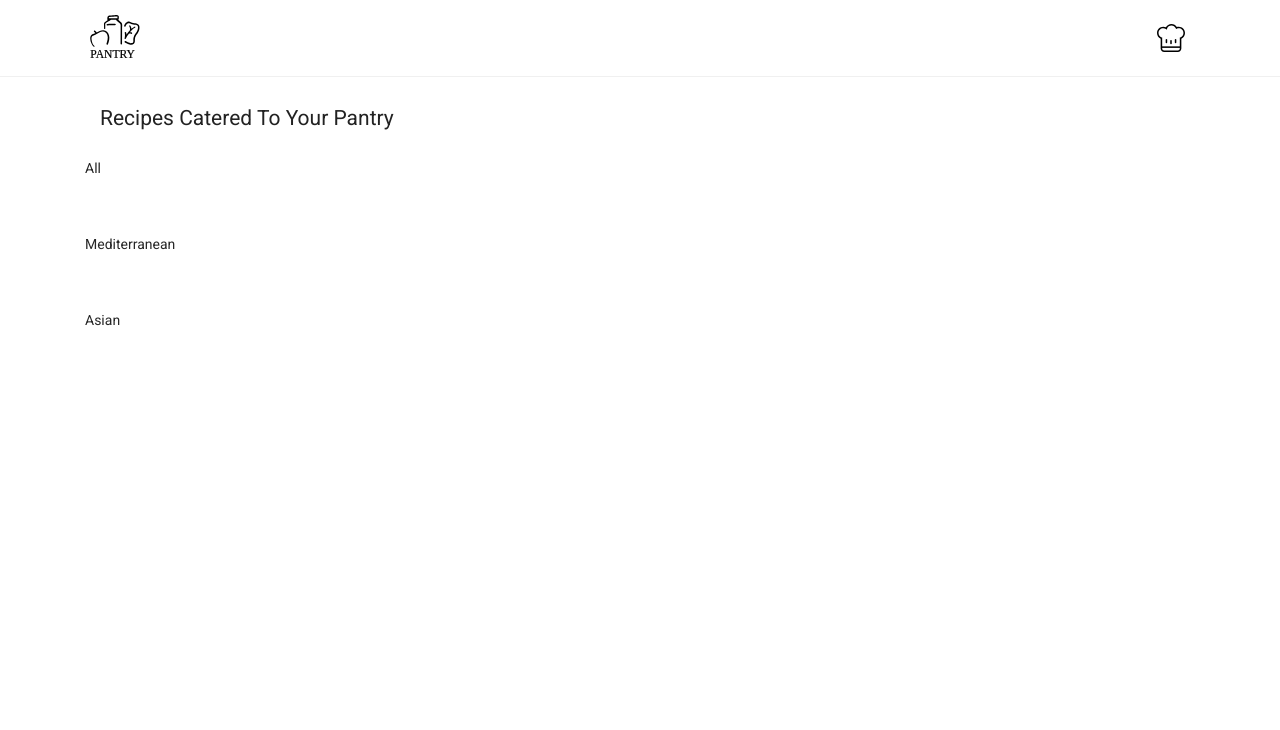
Repository: akinsikuoluwafemi/Pantry-App
Page: /pantryitems/myrecipes
An editor plug-in stored every save of this project. The page is shown before and after the next save, followed by the edit.
The browser window is 1280 px wide. The pictures show the whole page.
The project was rebuilt for these pictures with package versions that can differ from the ones it lists, and the page was loaded fresh each time. Also part of the build but not shown: src/styles/NewPantryStyles.js, src/styles/ant-styles.css, src/pages/NewPantryItem.js, src/styles/PantryDetailStyles.js, src/styles/PantryItemStyles.js, src/components/EditPantryDetail.js, src/pages/PantryItemDetail.js, src/styles/PantryListStyles.js and 7 more.

Above is the page before, as saved 2021-06-03 06:39:19.

### public/index.html
<!DOCTYPE html>
<html lang="en">
  <head>
    <meta charset="utf-8" />
    <link rel="icon" href="%PUBLIC_URL%/favicon.svg" />
    <meta name="viewport" content="width=device-width, initial-scale=1" />
    <meta name="theme-color" content="#000000" />
    <meta
      name="description"
      content="Web site created using create-react-app"
    />
    <link rel="apple-touch-icon" href="%PUBLIC_URL%/logo192.png" />
        <link rel="stylesheet" href="https://stackpath.bootstrapcdn.com/bootstrap/4.4.1/css/bootstrap.min.css" integrity="sha384-Vkoo8x4CGsO3+Hhxv8T/Q5PaXtkKtu6ug5TOeNV6gBiFeWPGFN9MuhOf23Q9Ifjh"
      crossorigin="anonymous">

    <!--
      manifest.json provides metadata used when your web app is installed on a
      user's mobile device or desktop. See https://developers.google.com/web/fundamentals/web-app-manifest/
    -->
    <link rel="manifest" href="%PUBLIC_URL%/manifest.json" />
    <!--
      Notice the use of %PUBLIC_URL% in the tags above.
      It will be replaced with the URL of the `public` folder during the build.
      Only files inside the `public` folder can be referenced from the HTML.

      Unlike "/favicon.ico" or "favicon.ico", "%PUBLIC_URL%/favicon.ico" will
      work correctly both with client-side routing and a non-root public URL.
      Learn how to configure a non-root public URL by running `npm run build`.
    -->


    <title>My Pantry</title>
  </head>
  <body>
    <noscript>You need to enable JavaScript to run this app.</noscript>
    <div id="root"></div>
    <!--
      This HTML file is a template.
      If you open it directly in the browser, you will see an empty page.

      You can add webfonts, meta tags, or analytics to this file.
      The build step will place the bundled scripts into the <body> tag.

      To begin the development, run `npm start` or `yarn start`.
      To create a production bundle, use `npm run build` or `yarn build`.
    -->
  </body>
</html>

### src/index.js
import React from 'react';
import ReactDOM from 'react-dom';
import './index.css';
import App from './App';
import reportWebVitals from './reportWebVitals';
import store from './redux/store';
import { persistor } from './redux/store';
import { Provider} from 'react-redux';
import { BrowserRouter as Router } from 'react-router-dom';
import { PersistGate } from 'redux-persist/integration/react';




ReactDOM.render(
	<React.StrictMode>
		<Provider store={store}>
			<Router>
				<PersistGate persistor={persistor}>
					<App />
				</PersistGate>
			</Router>
		</Provider>
	</React.StrictMode>,
	document.getElementById('root')
);

// If you want to start measuring performance in your app, pass a function
// to log results (for example: reportWebVitals(console.log))
// or send to an analytics endpoint. Learn more: https://bit.ly/CRA-vitals
reportWebVitals();

### src/index.css
@import url('https://fonts.googleapis.com/css2?family=Roboto:wght@300;400;900&display=swap');
@import '~antd/dist/antd.css';
@import "~slick-carousel/slick/slick.css";
@import "~slick-carousel/slick/slick-theme.css";



html {
    box-sizing: border-box;
    font-size: 62.5%!important;
}
ul,ol,li {
  margin: 0;
}


body {
  margin: 0;
  font-family: 'Roboto', sans-serif!important;

  -webkit-font-smoothing: antialiased;
  -moz-osx-font-smoothing: grayscale;
}

code {
  font-family: source-code-pro, Menlo, Monaco, Consolas, 'Courier New',
    monospace;
}

### src/App.js
import './index.css';
import { Route, Switch, useLocation } from 'react-router-dom';
import NewPantryItem from './pages/NewPantryItem';
import PantryItemDetail from './pages/PantryItemDetail';
import Layout from './components/Layout';
import { AnimatePresence } from 'framer-motion';
import Home from './pages/Home';
import MyRecipe from './pages/MyRecipe';




function App() {

  const location = useLocation()


  return (
		<AnimatePresence exitBeforeEnter initial={false}>
			<Switch location={location} key={location.pathname}>
				<Layout>
					<Route exact path="/:slug" component={PantryItemDetail} />
					<Route exact path="/" component={Home} />
					<Route path="/pantryitems/new" component={NewPantryItem} />
					<Route path="/pantryitems/myrecipes" component={MyRecipe} />
				</Layout>
			</Switch>
		</AnimatePresence>
  );

}

export default App;

### src/redux/store.js
import { createStore, applyMiddleware } from 'redux';
import logger from 'redux-logger';
import rootReducer from './reducers';
import { persistStore } from 'redux-persist';
import thunk from 'redux-thunk';


const middlewares = [thunk];

if(process.env.NODE_ENV === 'development'){
    middlewares.push(logger);
}




 const store = createStore(rootReducer,applyMiddleware(...middlewares));

export const persistor = persistStore(store)

export default store;

// export default function configureStore(initialState){
//     const composeEnhancers = window.__REDUX_DEVTOOLS_EXTENSION_COMPOSE__ || compose;

//     return createStore(
//     rootReducer,
//         initialState,
//         composeEnhancers()
//     )
// }


// export const persistor = persistStore(configureStore());

### src/components/Layout.js
import React from 'react';
import Navigation from './Navigation';
import { FooterText,FooterWrapper } from '../styles/FooterStyles';
import { AddIcon } from '../assets/Logos/svg/icons';
import Button from '@material-ui/core/Button';
import { MainLayout } from '../styles/LayoutStyles';
import { Link } from 'react-router-dom';
import { Divider } from 'antd';
import { useLocation } from 'react-router-dom';


export default function Layout({children,props}) {
	const {pathname} = useLocation();

	const showAddIcon = () => {
		if (pathname === '/' || pathname === '/:slug') {
			return (
				<Link to="/pantryitems/new">
					<Button style={{ outline: 'none' }}>
						<AddIcon />
					</Button>
				</Link>
			);
		} else {
			return null;
		}
	}

	return (
		<>
			<Navigation />
			<MainLayout className="container">
				{children}
				{showAddIcon()}
			</MainLayout>
			<FooterWrapper>
				<Divider/>
				<FooterText>&copy; Pantry App</FooterText>
			</FooterWrapper>
		</>
	);
}

### src/pages/MyRecipe.js
import React, {useEffect, useCallback} from 'react';
import { HeaderTitle } from '../styles/TextStyles';
import { connect } from 'react-redux';
import { fetchRecipes, fetchAsianRecipes, fetchMedRecipes } from '../redux/actions/recipeActions';
import AllRecipesList from '../components/AllRecipesList';
import AsianRecipeList from '../components/AsianRecipeList';
import MedRecipesList from '../components/MedRecipesList';


 function MyRecipe(props) {


	 const {
			fetchRecipes,
			fetchAsianRecipes,
			fetchMedRecipes,
			itemName,
			allRecipesArr,
			asianRecipesArr,
			medRecipesArr,
		} = props;


	useEffect(() => {

	},[fetchRecipes, itemName])






	 // fetchAsianRecipes(
	//  fetchRecipes(
	// 		`https://api.edamam.com/search?q=${itemName}&app_id=${process.env.REACT_APP_APP_ID}&app_key=${process.env.REACT_APP_APP_KEY}`
	// 	);
			// 	`https://api.edamam.com/search?q=${itemName}&app_id=${process.env.REACT_APP_APP_ID}&app_key=${process.env.REACT_APP_APP_KEY}&cuisineType=asian`
			// );
			// fetchMedRecipes(
			// 	`https://api.edamam.com/search?q=${itemName}&app_id=${process.env.REACT_APP_APP_ID}&app_key=${process.env.REACT_APP_APP_KEY}&cuisineType=mediterranean`
			// );



// 	 console.log(prevItemName, itemName)




	return (
		<div>
			<HeaderTitle large>Recipes Catered to Your Pantry</HeaderTitle>

			<div style={{ marginBottom: '4rem' }}>
				<p>All</p>
				<AllRecipesList allRecipesArr={allRecipesArr} />
			</div>

			<div style={{ marginBottom: '4rem' }}>
				<p>Mediterranean</p>
				<MedRecipesList medRecipesArr={medRecipesArr} />
			</div>

			<div style={{ marginBottom: '4rem' }}>
				<p>Asian</p>
				<AsianRecipeList asianRecipesArr={asianRecipesArr} />
			</div>
		</div>
	);
 }

 const mapStateToProps = ({ pantry: { itemName }, cateredRecipe: { allRecipesArr, asianRecipesArr, medRecipesArr } }) => {
		// console.log(allRecipesArr);

		return {
			itemName,
			allRecipesArr,
			medRecipesArr,
			asianRecipesArr,
		};
 };

export default connect(mapStateToProps, { fetchRecipes, fetchAsianRecipes, fetchMedRecipes })(MyRecipe);

### src/redux/reducers/index.js
import { combineReducers } from 'redux';
import pantry from './pantryReducer';
import cateredRecipe from './recipeReducer';
import { persistReducer } from 'redux-persist';
import storage from 'redux-persist/lib/storage';



const persistConfig = {
    key: 'root',
    storage,
    whitelist: ['pantry']
}

const rootReducer = combineReducers({
	pantry,
	cateredRecipe,
});

export default persistReducer(persistConfig, rootReducer)

### src/styles/TextStyles.js
import styled from 'styled-components';

export const HeaderTitle = styled.h3`
    color: #222;
    padding: 1.5rem;
    margin-top: 8rem;
    text-transform: capitalize;

    ${({ large }) => large &&
        `
            font-size: 2.1rem;
        `
    };



    ${({ medium }) => medium &&
        `
            font-size: 1.4rem;
        `
    };



`;

### src/redux/actions/pantryActions.js
import pantryTypes from '../types';



export const createPantryItem = (food) => {
    return {
        type: pantryTypes.CREATE_PANTRY_ITEM,
        payload: food
    }
}

export const removePantryItem = (food) => {
    return {
        type: pantryTypes.REMOVE_PANTRY_ITEM,
        payload: food
	};
}

export const editPantryItem = (food) => {
    return {
        type: pantryTypes.EDIT_PANTRY_ITEM,
        payload: food
	};
}


export const setQueryField = (text) => {
    return {
        type: pantryTypes.SET_QUERY,
        payload: text
    }
}

export const setItemName = (text) => {
    return {
        type: pantryTypes.SET_ITEM_NAME,
        payload: text
    }
}

export const filteredPantryChip = (category) => {
    return {
        type: pantryTypes.FILTER_PANTRY_CHIP,
        payload: category
    }
}

export const getSinglePantryDetail = (food) => {
    return {
        type: pantryTypes.GET_PANTRY_DETAIL,
        payload: food
    }
}

### src/redux/actions/recipeActions.js
import pantryTypes from '../types';
import Axios from 'axios';


export const fetchRecipesPending = () => {
    return {
        type: pantryTypes.FETCH_RECIPES_PENDING
    }
}

export  const fetchRecipesSuccess = (recipes) => {
    return {
		type: pantryTypes.FETCH_ALL_RECIPES_SUCCESS,
		payload: recipes,
	};
}

export const fetchAsianRecipesSuccess = (recipes) => {
    return {
        type: pantryTypes.FETCH_ASIAN_RECIPES_SUCCESS,
        payload: recipes
    }
}

export const fetchMedRecipesSuccess = (recipes) => {
    return {
		type: pantryTypes.FETCH_MED_RECIPES_SUCCESS,
		payload: recipes,
	};
}

export  const fetchRecipesError = (error) => {
    return {
		type: pantryTypes.FETCH_RECIPES_ERROR,
		error: error,
	};
}

export const fetchRecipes = (url) => {
    return async dispatch  => {
        try {

            dispatch(fetchRecipesPending());
            const result = await Axios.get(url)
            dispatch(fetchRecipesSuccess(result.data.hits))
        }
        catch(error){
            dispatch(fetchRecipesError(error))
        }


    }
}

export const fetchMedRecipes = (url) => {
	return async (dispatch) => {
		try {
			dispatch(fetchRecipesPending());
			const result = await Axios.get(url);
			dispatch(fetchMedRecipesSuccess(result.data.hits));
		} catch (error) {
			dispatch(fetchRecipesError(error));
		}
	};
};


export const fetchAsianRecipes = (url) => {
	return async (dispatch) => {
		try {
			dispatch(fetchRecipesPending());
			const result = await Axios.get(url);
            dispatch(fetchAsianRecipesSuccess(result.data.hits));
		} catch (error) {
			dispatch(fetchRecipesError(error));
		}
	};
};


export const getRecipeDetail = (recipe) => {
    return {
        type: pantryTypes.GET_RECIPE_DETAIL,
        payload: recipe
    }
}

### src/components/Navigation.js
import React from 'react';
import { Header, Headerlist, HeaderWrapper } from '../styles/Headerstyles';
import { Link, useLocation } from 'react-router-dom';
import {  CheffCap } from '../assets/Logos/svg/icons';
import PantryLogo from '../assets/Logos/blackandwhitelogo.svg';
import './Navigation.css';
import { connect } from 'react-redux';
import { setQueryField } from '../redux/actions/pantryActions';
import { Input, Divider } from 'antd';
import {  SearchOutlined } from '@ant-design/icons';



function Navigation({query, setQueryField}) {

	const { pathname } = useLocation();

	const showSearch = () => {
		if (pathname === '/') {
			return (
				// <form onSubmit={handleSubmit} id="demo-2" style={{ outline: 'none', marginRight: '1rem' }}>
				// 	<input type="search" placeholder="Search Pantry" value={query} onChange={handleChange} />
				// </form>
				<span style={{ marginRight: '1rem' }}>
					<Input
						style={{ borderRadius: '20px' }}
						placeholder="Search Pantry"
						suffix={<SearchOutlined style={{ color: '#222', fontSize: '2.3rem' }} />}
						value={query}
						onChange={handleChange}
					/>
				</span>
			);
		} else {
			return null;
		}
	};


    // const handleSubmit = (e) => {
    //     e.preventDefault()
    // }

    const handleChange = (e) => {
        setQueryField(e.target.value)
    }



    return (
		<>
			<Header>
				<HeaderWrapper className="container header-wrapper">
					<Link to="/" className="mr-auto">
						<img style={{ height: '6rem' }} src={PantryLogo} alt="app-logo" />
					</Link>
					<Headerlist>
						{showSearch()}


						<Link to="/pantryitems/myrecipes">
							<CheffCap alt="pantry-items" />
						</Link>
						{/* <Link to="/pantryitems">PantryItems</Link> */}
						{/* <Link to="/pantryitems/3">Pantry details</Link> */}
						{/* <Link to="/new">new Items</Link> */}
					</Headerlist>
				</HeaderWrapper>
			</Header>
			<Divider />
		</>
	);
}

const mapStateToProps = ({pantry: {query}}) => {
    return {
        query
    }
}


export default connect(mapStateToProps, {setQueryField})(Navigation);

### src/styles/FooterStyles.js
import styled from 'styled-components';

export const FooterWrapper = styled.footer`
	margin: auto;
	padding: 1.2rem 0 0.2rem 0;
    margin-top: 0rem;
    position: sicky;
	display:none;

`;

export const FooterText = styled.p`
	color: #f06241;
	font-size: 2rem;
	text-align: center !important;

`;

### src/styles/LayoutStyles.js
import styled from 'styled-components';


// export const MainLayout = styled.main`
// 	position: relative;

// 	& > a {
// 		position: absolute;
// 		bottom: 4%;
// 		left: 75%;

// 		@media (min-width: 500px) {
// 			left: 84%;
// 		}
// 	}
// `;

export const MainLayout = styled.main`
	padding-bottom: 3rem;
	& > a {
			position: fixed;
			width: 6rem;
			height: 6rem;
			bottom: 2rem;
			right: 4rem;
			// background-color: #25d366;
			color: #fff;
			border-radius: 50rem;
			text-align: center;
			font-size: 30px;
			// box-shadow: 2px 2px 3px #999;
			z-index: 100;


		}


	}
`;

### src/components/AllRecipesList.js
import React from 'react';
import AllRecipesItem from './AllRecipesItem';
import Slider from 'react-slick';
import '../styles/slick.css';

export default function AllRecipesList(props) {
	const { allRecipesArr } = props;

    const settings = {
		dots: false,
		infinite: false,
		speed: 500,
		slidesToShow: 3,
		slidesToScroll: 3,
	};


    return (
		<div >
			<Slider {...settings}>
					{allRecipesArr.map((item) => (
						<AllRecipesItem item={item} />
					))}
			</Slider>
		</div>
	);
}

### src/components/AsianRecipeList.js
import React from 'react';
import Slider from 'react-slick';
import '../styles/slick.css';
import AllRecipesItem from './AllRecipesItem';


export default function AsianRecipeList(props) {

    const { asianRecipesArr } = props;

    const settings = {
		dots: false,
		infinite: false,
		speed: 500,
		slidesToShow: 3,
		slidesToScroll: 3,
	};

    return (
		<div>
			<Slider {...settings}>
				{asianRecipesArr.map((item) => (
					<AllRecipesItem item={item} />
				))}
			</Slider>
		</div>
	);
}

### src/components/MedRecipesList.js
import React from 'react';
import Slider from 'react-slick';
import '../styles/slick.css';
import MedRecipeItem from './MedRecipeItem';

export default function AsianRecipeList(props) {

    const { medRecipesArr } = props;

	const settings = {
		dots: false,
		infinite: false,
		speed: 500,
		slidesToShow: 3,
		slidesToScroll: 3,
	};

	return (
		<div>
			<Slider {...settings}>
				{medRecipesArr.map((item) => (
					<MedRecipeItem item={item} />
				))}
			</Slider>
		</div>
	);
}

### src/redux/reducers/pantryReducer.js
import {  pantryArr, categoryArr} from '../../data';
import pantryTypes from '../types';

const INITIAL_STATE = {
	query: '',
	itemName: '',
	pantryArr,
	pantryArrCopy: pantryArr,
	categoryArr,
	pantryDetail: [
		{
			id: 1,
			category: 'meat and poultry',
			name: 'whole chicken',
			createdAt: '01-02-2021',
			expiry: '21-03-2021',
			weight: 5,
			quantity: 2,
			imageSrc:
				'https://bloximages.newyork1.vip.townnews.com/newspressnow.com/content/tncms/assets/v3/editorial/f/df/fdf4f1fc-3a34-11ea-8bf2-231012c771c1/5e237114db416.image.jpg?resize=1200%2C792',
			notes: 'Lorem ipsum dolor sit amet, consectetur adipiscing elit Iaculis enim, velit turpis eget. Fames erat mollis et, aliquam, pulvinar',
		},
	]

};


const pantryReducer = (state=INITIAL_STATE , action) => {
    switch(action.type){
        case pantryTypes.CREATE_PANTRY_ITEM:
			return {
				...state,
				pantryArrCopy: [action.payload, ...state.pantryArrCopy],
			};
		case pantryTypes.REMOVE_PANTRY_ITEM:
			return {
				...state,
				pantryArrCopy: state.pantryArrCopy.filter(item => item.id !== action.payload.id)
			}
		case pantryTypes.EDIT_PANTRY_ITEM:
			return {
				...state,
				pantryArrCopy: state.pantryArrCopy.map(item => item.id === action.payload.id ? action.payload  : item)
			}

        case pantryTypes.SET_QUERY:
			return { ...state, query: action.payload }

		case pantryTypes.SET_ITEM_NAME:
			return { ...state, itemName: action.payload }


        case pantryTypes.FILTER_PANTRY_CHIP:
            if(action.payload.target.value === 'All'){
                return { ...state, pantryArrCopy: state.pantryArr };
            }else {
                return { ...state, pantryArrCopy: state.pantryArr.filter(item => item.category === action.payload.target.value) };
            }
        case pantryTypes.GET_PANTRY_DETAIL:
            return { ...state, pantryDetail: action.payload};
        default:
            return state;
    }
}

export default pantryReducer;

### src/redux/reducers/recipeReducer.js
import pantryTypes from '../types';


const INITIAL_STATE = {
    asianRecipesArr: [],
    medRecipesArr: [],
    allRecipesArr: [],
    favRecipesArr: [],
    cateredRecipesDetail: [],
    pending: true,
    error: null
};

const recipeReducer = (state=INITIAL_STATE, action) => {
    switch (action.type) {
		case pantryTypes.FETCH_RECIPES_PENDING:
			return {
				...state,
				pending: true,
			};
		case pantryTypes.FETCH_ALL_RECIPES_SUCCESS:
			return {
				...state,
				pending: false,
				allRecipesArr: action.payload,
			};
		case pantryTypes.FETCH_ASIAN_RECIPES_SUCCESS:
			return {
				...state,
				pending: false,
				asianRecipesArr: action.payload
			}

		case pantryTypes.FETCH_MED_RECIPES_SUCCESS:
			return {
				...state,
				pending: false,
				medRecipesArr: action.payload,
			};

		case pantryTypes.FETCH_ASIAN_RECIPES_SUCCESS:
			return {
				...state,
				pending: false,
				asianRecipesArr: action.payload,
			};
		case pantryTypes.GET_RECIPE_DETAIL:
			return {
				...state,
				cateredRecipesDetail: action.payload,
			};

		default:
			return state;
	}
}

export default recipeReducer;

### src/redux/types.js
const pantryTypes = {
	CREATE_PANTRY_ITEM: 'CREATE_PANTRY_ITEM',
	REMOVE_PANTRY_ITEM: 'REMOVE_PANTRY_ITEM',
	EDIT_PANTRY_ITEM: 'EDIT_PANTRY_ITEM',
	SET_QUERY: 'SET_QUERY',
	SET_ITEM_NAME: 'SET_ITEM_NAME',
	FILTER_PANTRY_CHIP: 'FILTER_PANTRY_CHIP',
	GET_PANTRY_DETAIL: 'GET_PANTRY_DETAIL',
	GET_RECIPE_DETAIL: 'GET_RECIPE_DETAIL',
	FETCH_RECIPES_PENDING: 'FETCH_RECIPES_PENDING',
	FETCH_ALL_RECIPES_SUCCESS: 'FETCH_ALL_RECIPES_SUCCESS',
	FETCH_MED_RECIPES_SUCCESS: 'FETCH_MED_RECIPES_SUCCESS',
	FETCH_ASIAN_RECIPES_SUCCESS: 'FETCH_ASIAN_RECIPES_SUCCESS',
	FETCH_RECIPES_ERROR: 'FETCH_RECIPES_ERROR',
};

export default pantryTypes

### src/styles/Headerstyles.js
import styled from 'styled-components';

export const Header = styled.div`
	background: #fff;
	padding: 0.8rem 0;
	overflow: hidden;
	position: fixed; /* Set the navbar to fixed position */
	top: 0; /* Position the navbar at the top of the page */
	width: 100%; /* Full width */
	border-bottom: 1px solid #f0f0f0;
	z-index: 10000;

	.header-wrapper {
		display: flex;
		align-items: center;
		align-content: center;
	}
`;

export const Headerlist = styled.ul`
    display: flex;
    align-items: center;
    margin-right: 1rem;
    font-size: 'initial';
    // background: red;



    & > input {
        font-size: 3rem!important;
    }
`

export const HeaderWrapper = styled.nav`
	display: grid;
	align-items: center;
	// grid-template-columns: 3fr 1fr;

`;

### src/components/Navigation.css

a {
	color: #69C;
	text-decoration: none;
}


.ant-divider-horizontal {
    margin: 1rem 0;
}


input {
	outline: none;
}
input[type=search] {
	-webkit-appearance: textfield;
	box-sizing: content-box;
	-webkit-box-sizing: content-box;
	font-family: inherit;
	font-size: 100%;
}
input::-webkit-search-decoration,
input::-webkit-search-cancel-button {
	display: none;
}


input[type=search] {
	background: #ededed url('../assets/Logos/searchIcon.svg') no-repeat 9px center;
	border: solid 1px #ccc;
	padding: 9px 10px 9px 32px;
	width: 55px;

	-webkit-border-radius: 10em;
	-moz-border-radius: 10em;
	border-radius: 10em;

	-webkit-transition: all .5s;
	-moz-transition: all .5s;
	transition: all .5s;
}
input[type=search]:focus {
	width: 130px;
	background-color: #fff;
	border-color: #777;

	-webkit-box-shadow: 0 0 5px rgba(109,207,246,.5);
	-moz-box-shadow: 0 0 5px rgba(109,207,246,.5);
	box-shadow: 0 0 5px rgba(109,207,246,.5);
}





input:-moz-placeholder {
	color: #999;
}
input::-webkit-input-placeholder {
	color: #999;
}

/* Demo 2 */
#demo-2 input[type=search] {
	width: 31px;
    height: 31px;
	padding-left: 7px;
	color: transparent;
	cursor: pointer;
}
#demo-2 input[type=search]:hover {
	background-color: #fff;
}

@media(max-width: 425px){
	#demo-2 input[type=search]:focus {
		width: 110px;
		/* padding-left: 32px; */
		color: #000;
		background-color: #fff;
		cursor: auto;
		text-indent: 2.8rem;
		font-size: 1.7rem;
		z-index: 10000;

	}
}

@media(min-width: 425px){
	#demo-2 input[type=search]:focus {
		width: 120px;
		/* padding-left: 32px; */
		color: #000;
		background-color: #fff;
		cursor: auto;
		text-indent: 2.8rem;
		font-size: 1.7rem;
		z-index: 10000;

	}
}

#demo-2 input:-moz-placeholder {
	color: transparent;
}
#demo-2 input::-webkit-input-placeholder {
	color: transparent;

}


.ant-input-affix-wrapper {
	/* width: 5rem!important; */
	height: 4.5rem;

}


/*
.ant-input-affix-wrapper-focused {
	width: 15rem!important;
} */

Loaded but not shown: src/reportWebVitals.js (common file); src/data.js (620 lines, source omitted); src/assets/Logos/svg/icons.js (62 lines, source omitted)

After the next save:
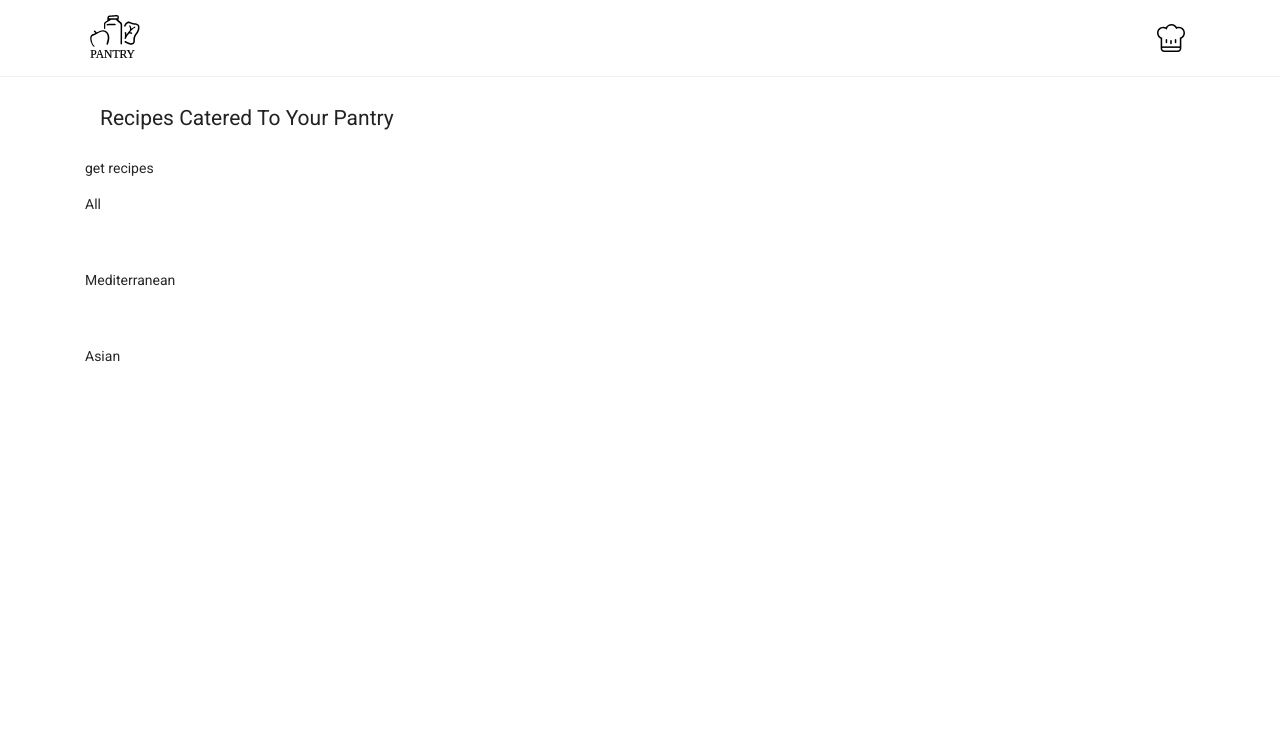
Saved 15 s later.
--- a/src/pages/MyRecipe.js
+++ b/src/pages/MyRecipe.js
@@ -50,7 +50,7 @@ import MedRecipesList from '../components/MedRecipesList';
 	return (
 		<div>
 			<HeaderTitle large>Recipes Catered to Your Pantry</HeaderTitle>
-
+			<p>get recipes</p>
 			<div style={{ marginBottom: '4rem' }}>
 				<p>All</p>
 				<AllRecipesList allRecipesArr={allRecipesArr} />
